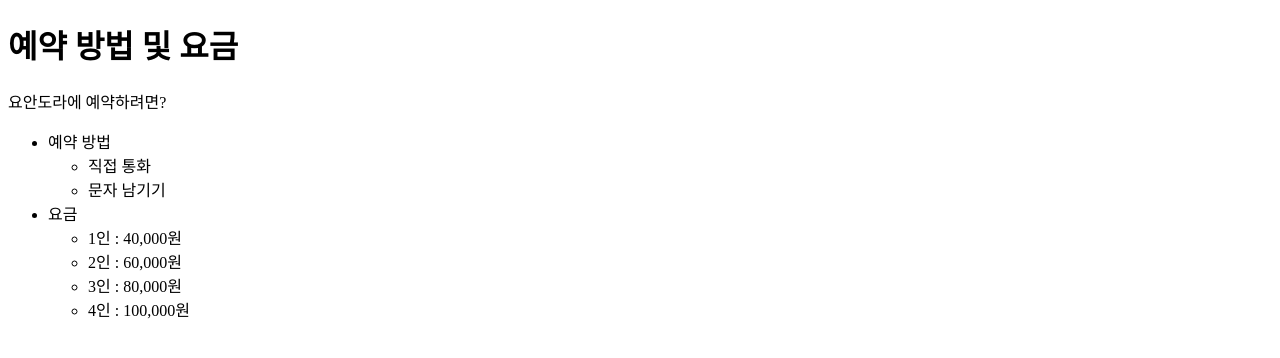
Repository: b1996om/HTML-CSS_study
Page: pro08/public/selector-2.html
The author's editor kept a copy of each file at every save. The page is drawn from the files as they stood at one save, then again after the next save.
The browser window is 1280 px wide. The pictures show the whole page.

Above is the page before, as saved 2022-12-08 02:47:29.

### pro08/public/selector-2.html
<!DOCTYPE html>
<html lang="ko">
<head>
	<meta charset="utf-8">
	<title>인접 형제 선택자</title>
	<style>
		h1+ul {
			color:blue;
			font-weight:bold;
		}
	</style>
</head>
<body>
	<div id="container">
		<header><h1>예약 방법 및 요금</h1></header>
		<p>요안도라에 예약하려면?</p>
		<ul>
			<li>예약 방법
				<ul>
					<li>직접 통화</li>
					<li>문자 남기기</li>
				</ul>
			</li>
				<li>요금
				<ul>
					<li>1인 : 40,000원</li>
					<li>2인 : 60,000원</li>
					<li>3인 : 80,000원</li>
					<li>4인 : 100,000원</li>
				</ul>
			</li>
		</ul>
	</div>
</body>
</html>

After the next save:
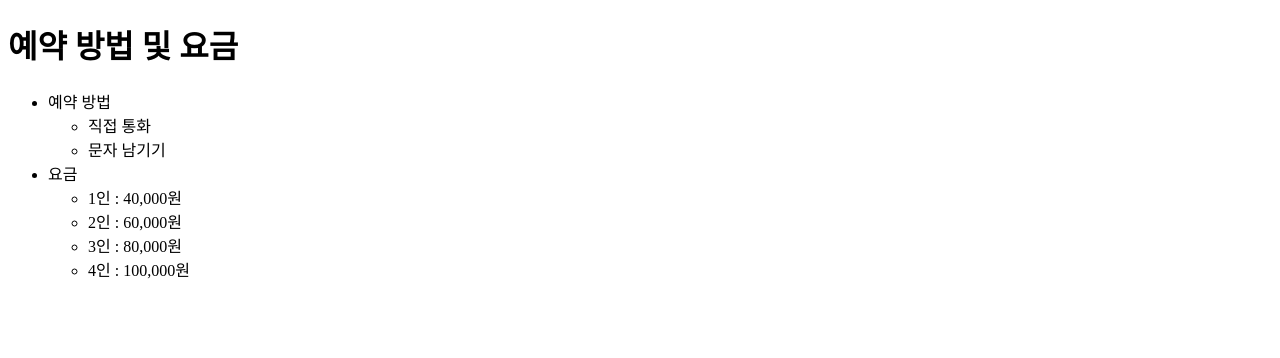
Saved 50 s later.
--- a/pro08/public/selector-2.html
+++ b/pro08/public/selector-2.html
@@ -13,7 +13,6 @@
 <body>
 	<div id="container">
 		<header><h1>예약 방법 및 요금</h1></header>
-		<p>요안도라에 예약하려면?</p>
 		<ul>
 			<li>예약 방법
 				<ul>
